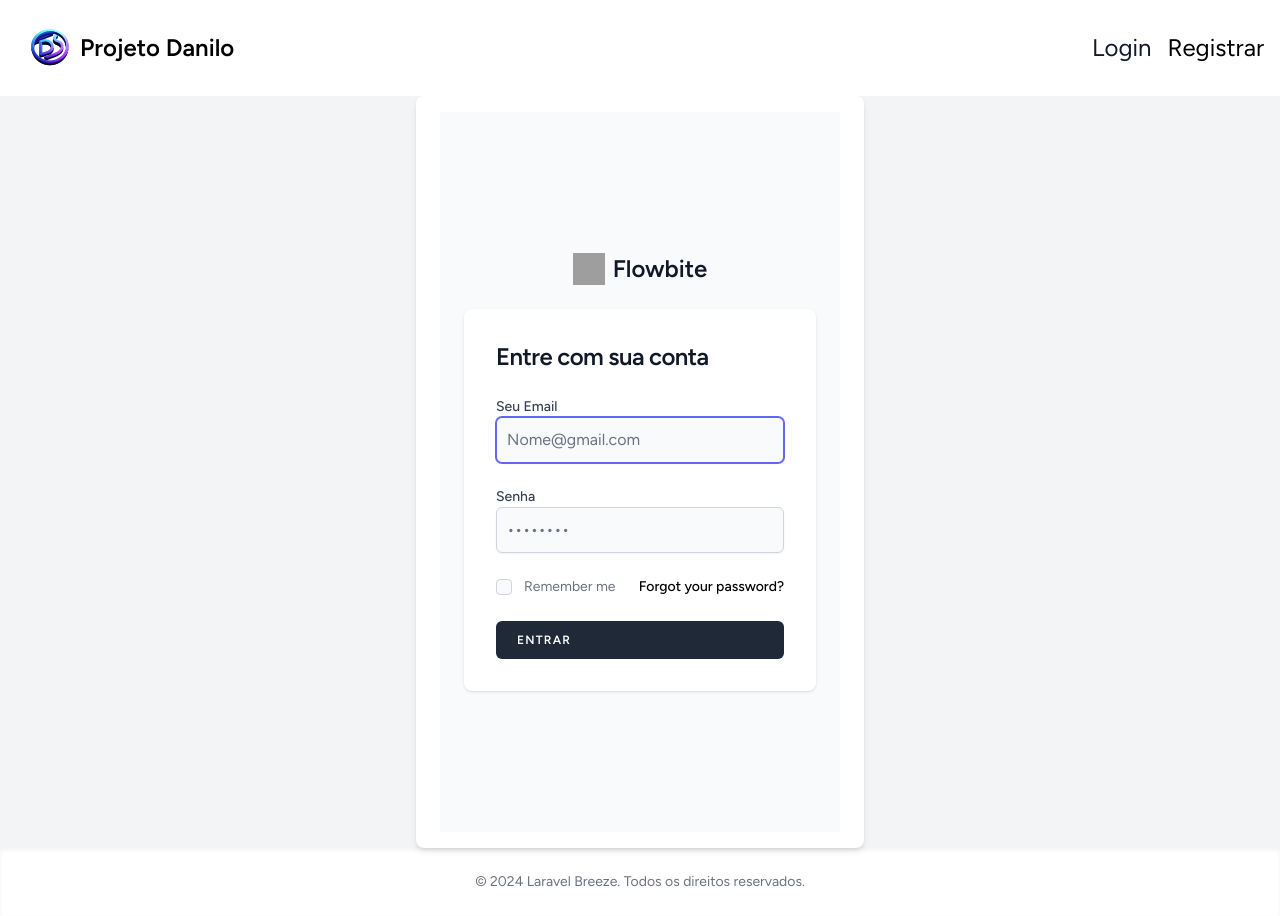
Repository: DaniloSsoares/Projeto-Laravel-site
Page: http://localhost/login
The author's editor kept a copy of each file at every save. The page is drawn from the files as they stood at one save, then again after a run of saves.
The browser window is 1280 px wide. The pictures show the whole page.
Pictures or frames that could not be fetched are drawn as grey boxes. The page is served by the project's Laravel application, run on PHP 8.4 with Laravel 12. Other server files are loaded and not shown. Style sheets and scripts are compiled from the project's sources, by tool versions that may differ from the author's.

Above is the page before, as saved 2024-09-10 12:51:32.

### Projeto_Laravel_Crud/routes/web.php
<?php

use App\Http\Controllers\JogoController;
use App\Http\Controllers\ProfileController;
use Illuminate\Support\Facades\Route;

Route::get('/', function () {
    return view('welcome');
});

Route::get('/dashboard', function () {
    return view('dashboard');
})->middleware(['auth', 'verified'])->name('dashboard');

Route::middleware('auth')->group(function () {
    Route::get('/profile', [ProfileController::class, 'edit'])->name('profile.edit');
    Route::patch('/profile', [ProfileController::class, 'update'])->name('profile.update');
    Route::delete('/profile', [ProfileController::class, 'destroy'])->name('profile.destroy');
});

require __DIR__.'/auth.php';


Route::get('/listar', [JogoController::class, 'listar'])->name('jogo.listar');

Route::get('/cadastrar', [JogoController::class, 'cadastrar'])->name('jogo.cadastrar');

Route::get('/atualizar', function () {
    return view('atualizacao');
});

Route::get('/deletar', function () {
    return view('deletar');
});




Route::post('/adicionarJogo', [JogoController::class, 'adicionar'])->name('adicionar.jogo');


Route::post("/atualizar/{id}", [JogoController::class, 'atualizar']);

Route::get("/excluir/{id}",[JogoController::class, 'excluir'])->name('Excluir.jogo');

Route::get("/editar/{id}",[JogoController::class, 'editar'])->name('Editar.jogo');

### Projeto_Laravel_Crud/resources/views/auth/login.blade.php
<x-guest-layout>
    <section class="bg-gray-50 dark:bg-gray-900">
        <div class="flex flex-col items-center justify-center px-6 py-8 mx-auto md:h-screen lg:py-0">
            <a href="#" class="flex items-center mb-6 text-2xl font-semibold text-gray-900 dark:text-white">
                <img class="w-8 h-8 mr-2" src="https://flowbite.s3.amazonaws.com/blocks/marketing-ui/logo.svg" alt="logo">
                Flowbite
            </a>
            <div class="w-full bg-white rounded-lg shadow dark:border md:mt-0 sm:max-w-md xl:p-0 dark:bg-gray-800 dark:border-gray-700">
                <div class="p-6 space-y-4 md:space-y-6 sm:p-8">
                    <h1 class="text-xl font-bold leading-tight tracking-tight text-gray-900 md:text-2xl dark:text-white">
                       Entre com sua conta
                    </h1>

                    <!-- Session Status -->
                    <x-auth-session-status class="mb-4" :status="session('status')" />

                    <form class="space-y-4 md:space-y-6" method="POST" action="{{ route('login') }}">
                        @csrf
                        <!-- Email Address -->
                        <div>
                            <x-input-label for="email" :value="__('Seu Email')" />
                            <x-text-input id="email" class="bg-gray-50 border border-gray-300 text-gray-900 rounded-lg focus:ring-primary-600 focus:border-primary-600 block w-full p-2.5 dark:bg-gray-700 dark:border-gray-600 dark:placeholder-gray-400 dark:text-white dark:focus:ring-blue-500 dark:focus:border-blue-500" type="email" name="email" :value="old('email')" required autofocus autocomplete="username" placeholder="Nome@gmail.com" />
                            <x-input-error :messages="$errors->get('email')" class="mt-2" />
                        </div>

                        <!-- Password -->
                        <div>
                            <x-input-label for="password" :value="__('Senha')" />
                            <x-text-input id="password" class="bg-gray-50 border border-gray-300 text-gray-900 rounded-lg focus:ring-primary-600 focus:border-primary-600 block w-full p-2.5 dark:bg-gray-700 dark:border-gray-600 dark:placeholder-gray-400 dark:text-white dark:focus:ring-blue-500 dark:focus:border-blue-500" type="password" name="password" required autocomplete="current-password" placeholder="••••••••" />
                            <x-input-error :messages="$errors->get('password')" class="mt-2" />
                        </div>

                        <!-- Remember Me -->
                        <div class="flex items-center justify-between">
                            <div class="flex items-start">
                                <div class="flex items-center h-5">
                                    <input id="remember_me" type="checkbox" class="w-4 h-4 border border-gray-300 rounded bg-gray-50 focus:ring-3 focus:ring-primary-300 dark:bg-gray-700 dark:border-gray-600 dark:focus:ring-primary-600 dark:ring-offset-gray-800" name="remember">
                                </div>
                                <div class="ml-3 text-sm">
                                    <label for="remember_me" class="text-gray-500 dark:text-gray-300">{{ __('Remember me') }}</label>
                                </div>
                            </div>
                            @if (Route::has('password.request'))
                                <a class="text-sm font-medium text-primary-600 hover:underline dark:text-primary-500" href="{{ route('password.request') }}">
                                    {{ __('Forgot your password?') }}
                                </a>
                            @endif
                        </div>

                        <x-primary-button class="w-full text-white bg-primary-600 hover:bg-primary-700 focus:ring-4 focus:outline-none focus:ring-primary-300 font-medium rounded-lg text-sm px-5 py-2.5 text-center dark:bg-primary-600 dark:hover:bg-primary-700 dark:focus:ring-primary-800">
                            {{ __('Entrar') }}
                        </x-primary-button>
                    </form>


                </div>
            </div>
        </div>
    </section>
</x-guest-layout>

### Projeto_Laravel_Crud/resources/views/layouts/guest.blade.php
<!DOCTYPE html>
<html lang="{{ str_replace('_', '-', app()->getLocale()) }}">
    <head>
        <meta charset="utf-8">
        <meta name="viewport" content="width=device-width, initial-scale=1">
        <meta name="csrf-token" content="{{ csrf_token() }}">

        <title>{{ config('app.name', 'Laravel') }}</title>

        <!-- Fonts -->
        <link rel="preconnect" href="https://fonts.bunny.net">
        <link href="https://fonts.bunny.net/css?family=figtree:400,500,600&display=swap" rel="stylesheet" />

        <!-- Tailwind CSS via CDN -->
        <link rel="stylesheet" href="https://cdn.jsdelivr.net/npm/tailwindcss@2.2.19/dist/tailwind.min.css">

        <!-- Scripts -->
        @vite(['resources/css/app.css', 'resources/js/app.js'])
    </head>
    <body class="bg-gray-100 dark:bg-zinc-900 text-black dark:text-white">

        <!-- Header -->
        <nav class="bg-white border-gray-200 white:bg-gray-900">
            <div class="max-w-screen-xl flex flex-wrap items-center justify-between mx-auto p-4">
                <a href="{{ url('/dashboard') }}" class="flex items-center">
                    <img src="/img/logoDan.png" class="h-16" alt="Flowbite Logo" />
                    <span class="self-center text-2xl font-semibold whitespace-nowrap dark:text-black">Projeto Danilo</span>
                </a>
                <div class="flex items-center space-x-4">
                    @auth
                        <a href="{{ url('/profile') }}" class=" text-2xl block py-2 px-3 text-gray-900 hover:bg-gray-100 dark:hover:bg-gray-700 dark:text-black">Perfil</a>
                    @endauth
                    @guest
                        <a href="{{ route('login') }}" class=" text-2xl block py-2 px-3 text-gray-900 rounded hover:bg-gray-100 md:hover:bg-transparent md:hover:text-blue-700 md:p-0 dark:text-black md:dark:hover:text-blue-500 dark:hover:bg-gray-700 dark:hover:text-white md:dark:hover:bg-transparent dark:border-gray-700">Login</a>
                        <a href="{{ route('register') }}" class=" text-2xl block py-2 px-3 text-black rounded hover:bg-gray-100 md:hover:bg-transparent md:hover:text-blue-700 md:p-0 dark:text-black md:dark:hover:text-blue-500 dark:hover:bg-gray-700 dark:hover:text-white md:dark:hover:bg-transparent dark:border-gray-700">Registrar</a>
                    @endguest
                </div>
            </div>
        </nav>

        <!-- Main Content -->
        <main class="flex items-center justify-center min-h-screen"> <!-- Adicionando flexbox para centralização -->
            <div class="w-full sm:max-w-md px-6 py-4 bg-white dark:bg-gray-800 shadow-md overflow-hidden sm:rounded-lg">
                {{ $slot }}
            </div>
        </main>

        <!-- Footer -->
        <footer class="p-6 bg-white dark:bg-zinc-800 shadow-inner">
            <div class="text-center text-sm text-gray-500 dark:text-gray-400">
                © 2024 Laravel Breeze. Todos os direitos reservados.
            </div>
        </footer>
    </body>
</html>

Loaded but not shown: Projeto_Laravel_Crud/routes/auth.php (common file); Projeto_Laravel_Crud/app/Http/Controllers/Auth/EmailVerificationPromptController.php (common file); Projeto_Laravel_Crud/app/Http/Controllers/Controller.php (common file); Projeto_Laravel_Crud/app/Http/Controllers/Auth/VerifyEmailController.php (common file); Projeto_Laravel_Crud/app/Http/Controllers/Auth/AuthenticatedSessionController.php (common file); Projeto_Laravel_Crud/app/View/Components/GuestLayout.php (common file); Projeto_Laravel_Crud/resources/views/components/auth-session-status.blade.php (common file); Projeto_Laravel_Crud/resources/views/components/input-label.blade.php (common file); Projeto_Laravel_Crud/resources/views/components/text-input.blade.php (common file); Projeto_Laravel_Crud/resources/views/components/input-error.blade.php (common file); Projeto_Laravel_Crud/resources/views/components/primary-button.blade.php (common file); Projeto_Laravel_Crud/resources/css/app.css (common file); Projeto_Laravel_Crud/tailwind.config.js (common file); Projeto_Laravel_Crud/resources/js/app.js (common file); Projeto_Laravel_Crud/resources/js/bootstrap.js (common file)

After the next 2 saves:
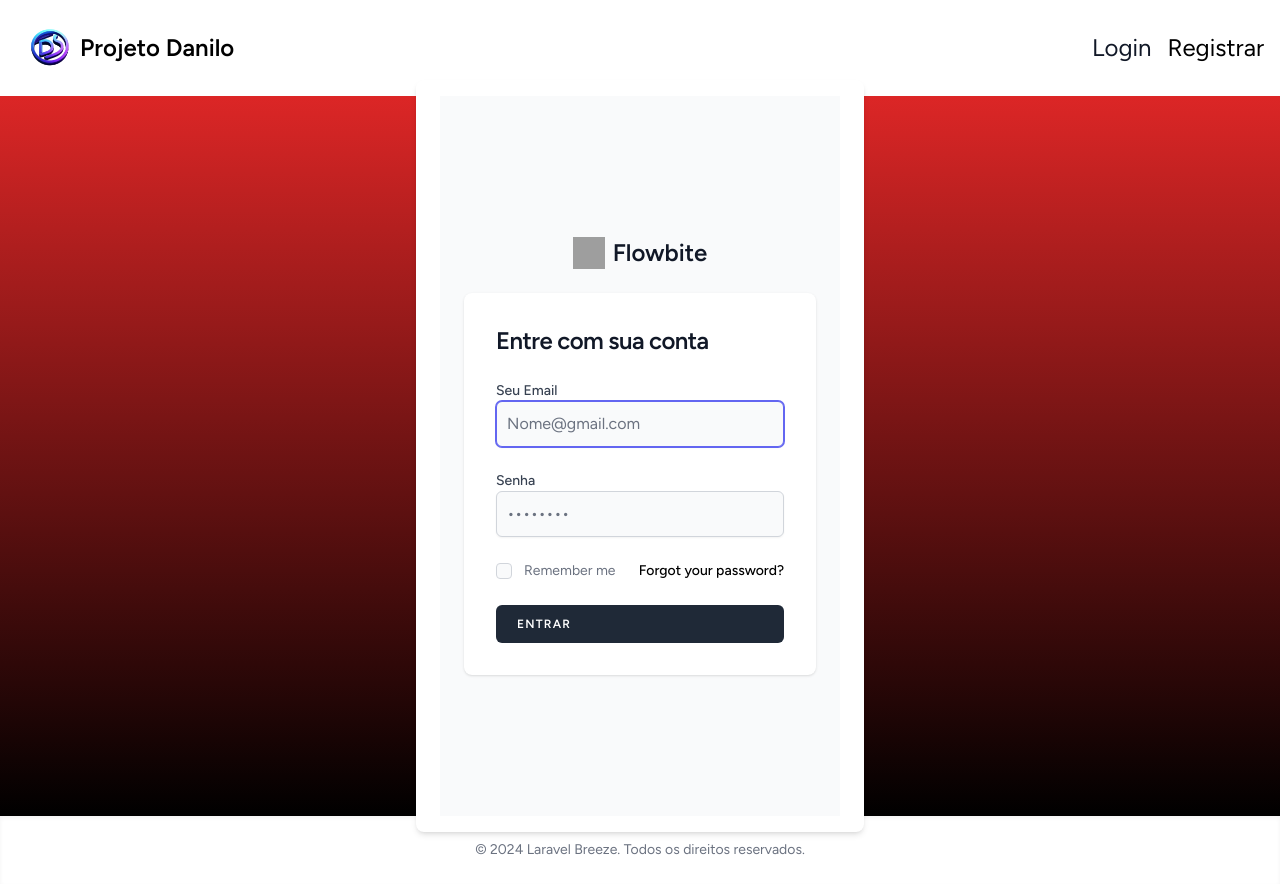
The 2 saves are shown as one change because they came seconds apart.
The last was saved 101 s later.
--- a/Projeto_Laravel_Crud/resources/views/layouts/guest.blade.php
+++ b/Projeto_Laravel_Crud/resources/views/layouts/guest.blade.php
@@ -39,7 +39,7 @@
         </nav>
 
         <!-- Main Content -->
-        <main class="flex items-center justify-center min-h-screen"> <!-- Adicionando flexbox para centralização -->
+        <main class=" bg-gradient-to-b from-red-600 to-black h-96 flex items-center justify-center min-h-screen"> <!-- Adicionando flexbox para centralização -->
             <div class="w-full sm:max-w-md px-6 py-4 bg-white dark:bg-gray-800 shadow-md overflow-hidden sm:rounded-lg">
                 {{ $slot }}
             </div>
